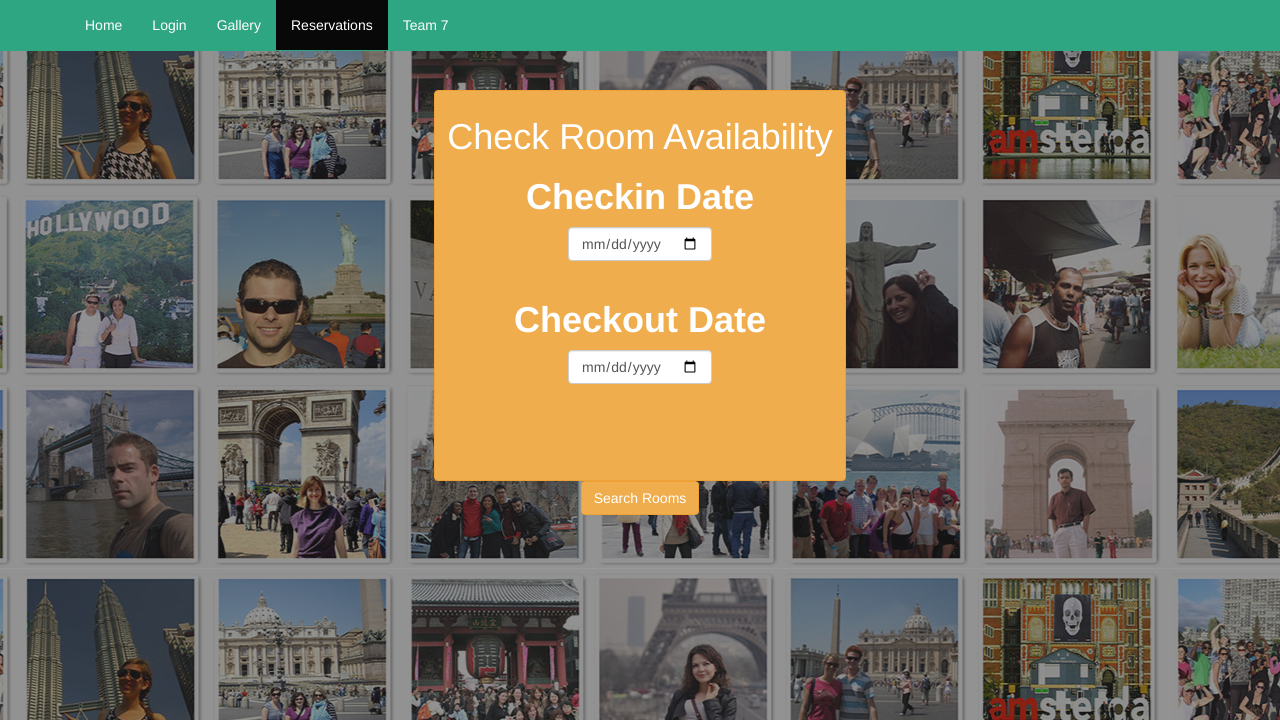
Repository: arjunshukla/CMPE-275_Team-07_Term-Project_Mini-Hotel-Manager
Page: NodeJS_webapp/client/chart.html
The author's editor kept a record of every edit. The page is drawn from the files as they stood at one moment, then again after the next edit.
The browser window is 1280 px wide. The pictures show the whole page.
Some web libraries are served in a nearby version.

Above is the page before.

### NodeJS_webapp/client/chart.html
<!DOCTYPE html>
<html lang="en">

<head>
    <meta charset="utf-8">
    <meta http-equiv="X-UA-Compatible" content="IE=edge">
    <meta name="viewport" content="width=device-width, initial-scale=1">
    <!-- The above 3 meta tags *must* come first in the head; any other head content must come *after* these tags -->
    <meta name="description" content="">
    <meta name="author" content="">
    <link rel="icon" href="../../favicon.ico">

    <title>Reservation</title>

    <!-- Bootstrap core CSS -->
    <link href="./css/bootstrap.min.css" rel="stylesheet">
    <!--<link href="./css/bootstrap.css" rel="stylesheet">-->

    <link href="./css/new-template.css" rel="stylesheet">



</head>

<body>

    <nav class="navbar navbar-inverse navbar-fixed-top">
        <div class="container">
            <div class="navbar-header">
                <button type="button" class="navbar-toggle collapsed" data-toggle="collapse" data-target="#navbar" aria-expanded="false" aria-controls="navbar">
                    <span class="sr-only">Toggle navigation</span>
                    <span class="icon-bar"></span>
                    <span class="icon-bar"></span>
                    <span class="icon-bar"></span>
                </button>
                <!--<a class="navbar-brand" href="#">Pally App</a>-->
            </div>
            <div id="navbar" class="collapse navbar-collapse">
                <ul class="nav navbar-nav">
                    <li><a href="index.html">Home</a></li>
                    <li><a href="login.html">Login</a></li>
                    <!--<li><a href="what_is_pally_updated.html">What is Pally</a></li>-->
                    <li><a href="hotel_gallery">Gallery</a></li>
                    <li class="active"><a href="reservation.html">Reservations</a></li>
                    <li><a href="meet_our_team.html">Team 7</a></li>
                </ul>
            </div>
            <!--/.nav-collapse -->
        </div>
    </nav>

    <div class="container">

        <div class="starter-template">
            <!--   <h1>Bootstrap starter template</h1>
        <p class="lead">Use this document as a way to quickly start any new project.<br> All you get is this text and a mostly barebones HTML document.</p>
         -->
            <!--<div class="row">-->

            <!--<div class="col-sm-3">-->


            <form class="form-inline" role="form" name='chart' action="/chart" method='POST' enctype='application/json'>
                <div class="btn  btn-warning">
                    <h1>Check Room Availability<br/><h1>

            <label for="checkin_date">Checkin Date</label>
            <br/>
           <input type="date" class="form-control" ng-model="checkin_date" placeholder="Select checkin date" required><br/><br/>

         <label for="checkout_date">Checkout Date</label>
         <br/>
          <input type="date" class="form-control" ng-model="checkout_date" placeholder="Select checkout date" required><br/><br/>
         <!--  <label for="checkout_date">Number of Rooms</label>-->
         <!--<br/>-->
         <!-- <input type="text" class="form-control" ng-model="room_no" placeholder="Select number of rooms" required><br/><br/>-->

         <!--  <label>Room Type</label>-->
         <!--  <br/>-->
         <!--  <select class="form-control" name ="room_type" required>-->
         <!--    <option value="" disabled selected>---Select---</option>-->
         <!--    <option value="K">King</option>-->
         <!--    <option value="Q">Queen</option>-->
         <!--    <option value="SK">Smoking-King</option>-->
         <!--    <option value="SQ">Smoking-Queen</option>-->
         <!--    <select>-->
             <br/>
       </div>
       <br>
        <button type="submit" class="btn  btn-warning">Search Rooms</button>
          </form>
  </div>


<!--</div>-->

        </div>

   <!--     <div class="col-sm-6">-->
   <!--   <div class="pallylogo">  -->

  	<!--<div class="row">-->
  	<!--	<div class="col-sm-12" >-->
		 <!-- 		   <div class="logo"> -->
		 <!--			   <a href="#"><img src="./images/pallylogo.png" height="151" width="197" border="0" alt="" /></a>-->
		 <!--  			 </div>-->
  	<!--	</div>-->
  	<!--</div>  -->


  	<div class="row">
  	<!--  <div class="col-sm-12" >
				  		  <div class="textbox_wrap">
								<span class="email-error"></span>
								<span style="display:none" class="pally_alert_done"><img src="" height="" width="" border="0" alt="" /></span>
		  				  </div>
  		</div>-->
  		<!--<div class="col-sm-12" >-->

  	<!--	<div class="field-area">-->
			<!--   <form action="/sendEmail" method="POST">-->
		 <!--  			   <input name="userEmail" type="email" required placeholder="Enter e-mail for invite">-->
		 <!--    		 <input type="submit" class="text_button_1" value="OK">-->
   <!-- 		  </form>-->
   <!-- 		  <form class="form-inline" role="form">-->
   <!-- 		   <div class="form-group">-->
   <!--				 <input type="email" class="form-control" id="email" placeholder="Enter email-id for Invite" required>-->
 		<!--	 </div>-->
 		<!--	  <button type="submit" class="btn  btn-warning">Submit</button>-->
   <!-- 		  </form>-->
	  <!--</div>-->

  		<!--</div>-->
  	</div>


   <!--  <div class="textbox_wrap">
	<span class="email-error"></span>
	<span style="display:none" class="pally_alert_done"><img src="" height="" width="" border="0" alt="" /></span>
    </div>

	<div class="field-area">
	  <form action="/sendEmail" method="POST">
      <input name="userEmail" type="email" required placeholder="Enter e-mail for invite" style="width:50%; margin-left:200px; font-size:20px; padding:15px 15px; border-radius:5px;">
      <input type="submit" class="text_button_1" value="OK">
      </form>
	  </div>-->

       </div>
        </div>

        </div>


      </div>

    </div><!-- /.container -->


    <!-- Bootstrap core JavaScript
    ================================================== -->
    <!-- Placed at the end of the document so the pages load faster -->
    <script src="https://ajax.googleapis.com/ajax/libs/jquery/1.11.3/jquery.min.js"></script>
    <script src="./js/bootstrap.min.js"></script>

  </body>
</html>

### NodeJS_webapp/client/css/new-template.css
body {

  padding-top: 50px;

  overflow:scroll;
    background-image: url(../images/bg.jpg) ;
  background-position: 0px 0px;
	background-repeat: repeat-x repeat-y;
	-webkit-animation: animatedBackground 40s linear infinite;
-moz-animation: animatedBackground 40s linear infinite;
-o-animation: animatedBackground 40s linear infinite;
-ms-animation: animatedBackground 40s linear infinite;
animation: animatedBackground 40s linear infinite;


	-webkit-animation: animatedBackground 40s linear infinite;

}

.starter-template {
  padding: 40px 15px;
  text-align: center;



}

@keyframes animatedBackground {
	from { background-position: 0 0; }
	to { background-position: 100% 0; }
}
@keyframes animatedBackground {
	from { background-position: 0 0; }
	to { background-position: 100% 0; }
}
@-webkit-keyframes animatedBackground {
	from { background-position: 0 0; }
	to { background-position: 100% 0; }
}
@-moz-keyframes animatedBackground {
	from { background-position: 0 0; }
	to { background-position: 100% 0; }
}
@-o-keyframes animatedBackground {
	from { background-position: 0 0; }
	to { background-position: 100% 0; }
}
@-ms-keyframes animatedBackground {
	from { background-position: 0 0; }
	to { background-position: 100% 0; }
}

 /*.carousel-inner > .item > img,
  .carousel-inner > .item > a > img {
      width: 100%;
      margin: auto;
	  border-radius:5px;
  }*/

  #myCarousel
  {
  border-radius:5px;
  }

  .navbar-inverse{

 background-color: #2ea681;
 border-color:#2ea681;
  }

.navbar-inverse .navbar-nav>li>a{

	color:#ffffff;
}

.navbar-inverse .navbar-brand{
	color:#ffffff;

}
.field-area{
	    margin-top:20px;
}

.pallylogo{
	 margin-top:30px;

}

.carousel-control{

	width: 0;
}

Loaded but not shown: NodeJS_webapp/client/css/bootstrap.min.css (library); NodeJS_webapp/client/js/bootstrap.min.js (library)

After the next edit:
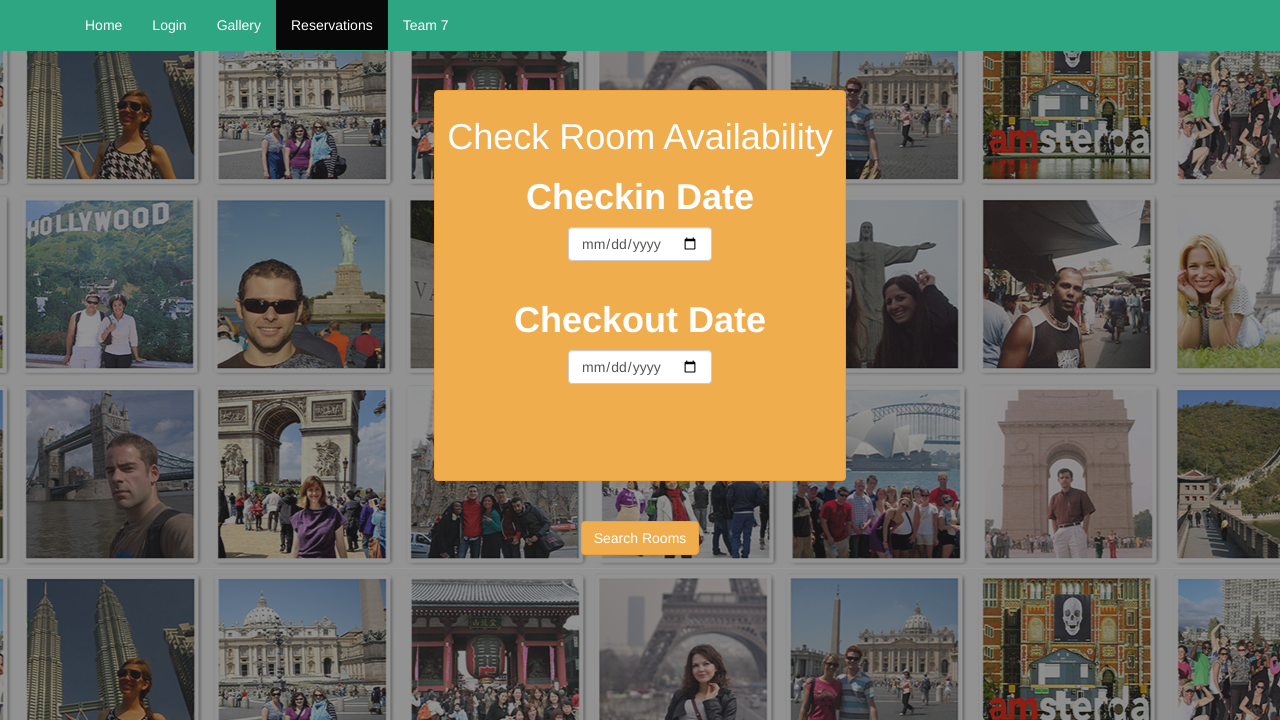
The edit:
--- a/NodeJS_webapp/client/chart.html
+++ b/NodeJS_webapp/client/chart.html
@@ -87,6 +87,7 @@
              <br/>
        </div>
        <br>
+       <br></br>
         <button type="submit" class="btn  btn-warning">Search Rooms</button>
           </form>
   </div>
